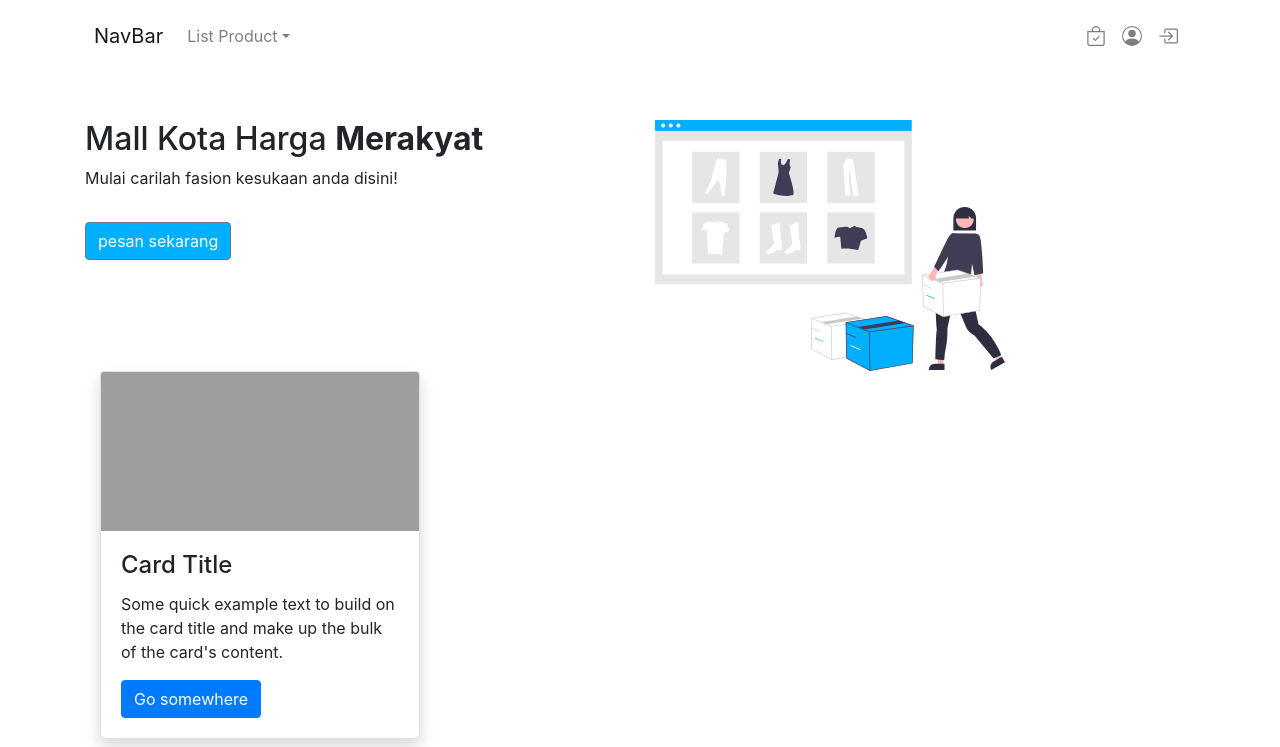
Repository: AHSANS354/ecommerce-catalog
Page: /
An editor plug-in stored every save of this project. The page is shown before and after the next save, followed by the edit.
The browser window is 1280 px wide. The pictures show the whole page.
Pictures or frames that could not be fetched are drawn as grey boxes. The page's requests for data from a server got no answer. The project was rebuilt for these pictures with package versions that can differ from the ones it lists, and the page was loaded fresh each time. No one was signed in, and anything a server would have sent is missing. Also part of the build but not shown: vue.config.js.

Above is the page before, as saved 2023-03-01 16:33:10.

### src/main.js
import Vue from "vue";
import App from "./App.vue";
import router from "./router";
import { BootstrapVue, IconsPlugin } from "bootstrap-vue";
// Import Bootstrap and BootstrapVue CSS files (order is important)
import "bootstrap/dist/css/bootstrap.css";
import "bootstrap-vue/dist/bootstrap-vue.css";
import "./assets/style/main.css";

// Make BootstrapVue available throughout your project
Vue.use(BootstrapVue);
// Optionally install the BootstrapVue icon components plugin
Vue.use(IconsPlugin);

Vue.config.productionTip = false;

new Vue({
  router,
  render: (h) => h(App),
}).$mount("#app");

### src/App.vue
<template>
  <div id="app">
    <router-view />
  </div>
</template>

### src/assets/style/main.css
.btn.btn-secondary {
  background-color: #00b0ff !important;
}

### src/views/HomeView.vue
<template>
  <div class="home">
    <navbar-view />
    <div class="container mt-5">
      <div class="row">
        <div class="col-md-6">
          <h2>Mall Kota Harga <strong>Merakyat</strong></h2>
          <p>Mulai carilah fasion kesukaan anda disini!</p>

          <b-button class="mt-3"> pesan sekarang </b-button>
        </div>
        <div class="col-md-6">
          <img
            src="../assets/images/undraw_web_shopping_re_owap.svg"
            alt="foto"
            width="350"
          />
        </div>
      </div>
      <div class="row">
        <div class="col-md-4">
          <card-product />
        </div>
      </div>
    </div>
  </div>
</template>

<script>
import NavbarView from "@/components/NavbarView.vue";
import CardProduct from "@/components/CardProduct.vue";
import axios from "axios";
// @ is an alias to /src

export default {
  name: "HomeView",
  components: {
    NavbarView,
    CardProduct,
  },
  data() {
    return {
      products: [],
    };
  },
  methods: {
    setProduct(data) {
      this.products = data;
    },
  },
  mounted() {
    axios
      .get("https://fakestoreapi.com/products")
      .then((response) => this.setProduct(response.data))
      .catch((error) => console.log(error));
  },
};
</script>

### src/components/NavbarView.vue
<template>
  <div class="container p-2">
    <b-navbar toggleable="lg" type="light">
      <router-link class="navbar-brand" to="/">NavBar</router-link>

      <b-navbar-toggle target="nav-collapse"></b-navbar-toggle>

      <b-collapse id="nav-collapse" is-nav>
        <b-navbar-nav>
          <b-nav-item-dropdown text="List Product" right>
            <router-link class="dropdown-item" to="/">EN</router-link>
            <router-link class="dropdown-item" to="/">ES</router-link>
            <router-link class="dropdown-item" to="/">RU</router-link>
            <router-link class="dropdown-item" to="/">FA</router-link>
          </b-nav-item-dropdown>
        </b-navbar-nav>

        <!-- Right aligned nav items -->
        <b-navbar-nav class="ml-auto">
          <router-link to="/"
            ><b-nav-item><b-icon-bag-check></b-icon-bag-check></b-nav-item
          ></router-link>
          <router-link to="/"
            ><b-nav-item
              ><b-icon-person-circle></b-icon-person-circle></b-nav-item
          ></router-link>
          <router-link to="/"
            ><b-nav-item
              ><b-icon-box-arrow-in-right></b-icon-box-arrow-in-right></b-nav-item
          ></router-link>
        </b-navbar-nav>
      </b-collapse>
    </b-navbar>
  </div>
</template>

<script>
export default {
  name: "NavbarView",
};
</script>

<style>
</style>

### src/components/CardProduct.vue
<template>
  <div class="container">
    <div class="row">
      <div class="col">
        <div class="rounded shadow">
          <b-card
            title="Card Title"
            img-src="https://picsum.photos/600/300/?image=25"
            img-alt="Image"
            img-top
            tag="article"
            style="max-width: 20rem"
            class="mb-2"
          >
            <b-card-text>
              Some quick example text to build on the card title and make up the
              bulk of the card's content.
            </b-card-text>

            <b-button href="#" variant="primary">Go somewhere</b-button>
          </b-card>
        </div>
      </div>
    </div>
  </div>
</template>

<script>
export default {
  name: "CardProduct",
};
</script>

<style>
</style>

Loaded but not shown: public/index.html (common file); src/router/index.js (common file)

After the next save:
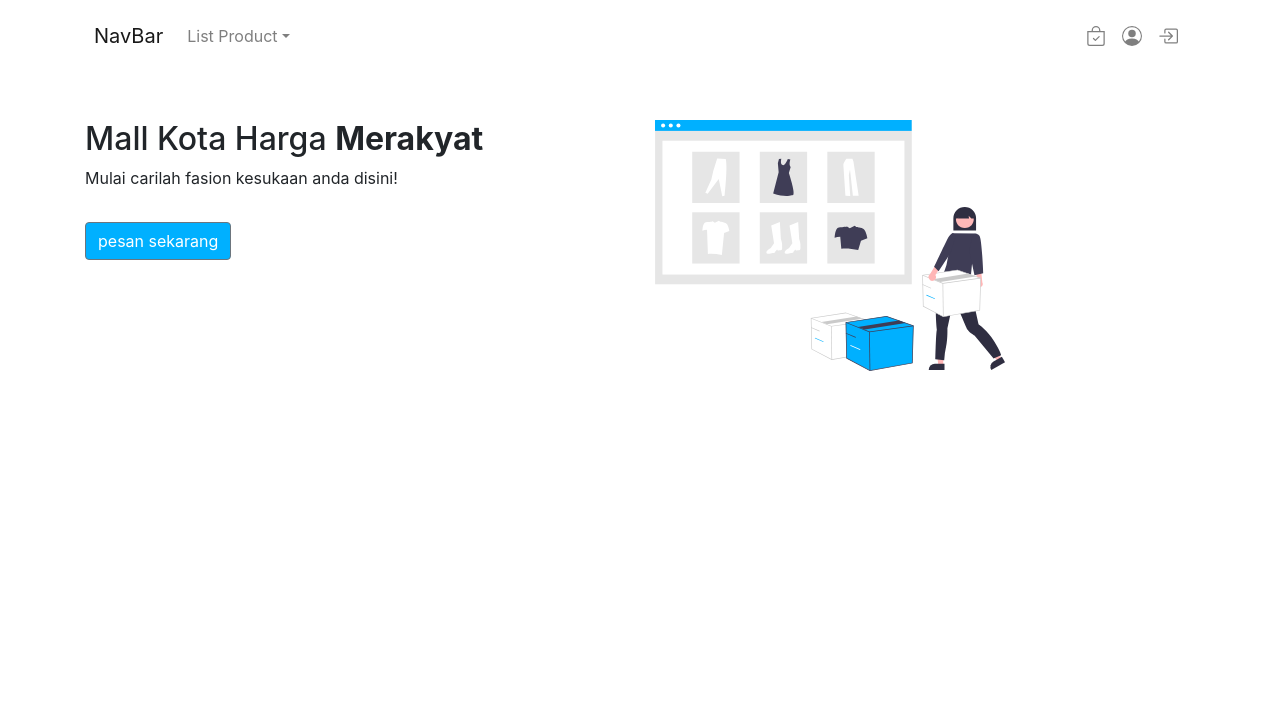
Saved 19 s later.
--- a/src/views/HomeView.vue
+++ b/src/views/HomeView.vue
@@ -18,7 +18,7 @@
         </div>
       </div>
       <div class="row">
-        <div class="col-md-4">
+        <div class="col-md-4" v-for="product in products" :key="product.id">
           <card-product />
         </div>
       </div>
